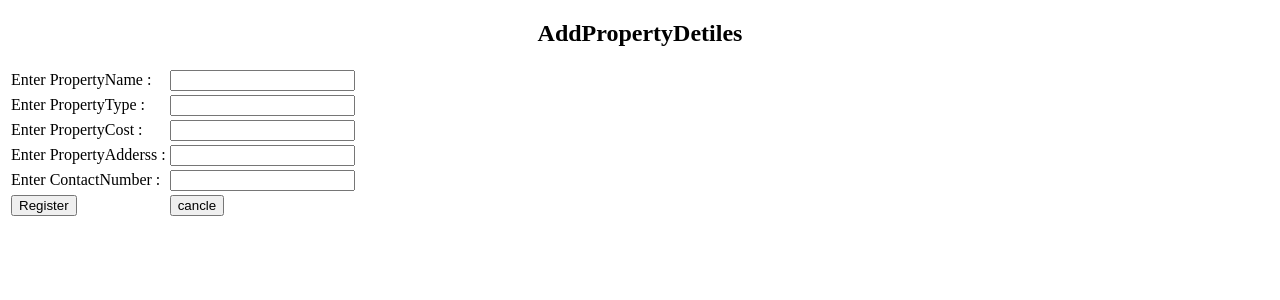
Repository: khadri2021/A2023_Task_Property_Management
Page: http://localhost/AdderssMakersWeb/Add.jsp
An editor plug-in stored every save of this project. The page is shown before and after the next save, followed by the edit.
The browser window is 1280 px wide. The pictures show the whole page.
The page is served by Tomcat 9.

Above is the page before, as saved 2024-02-10 05:26:41.

After the next save:
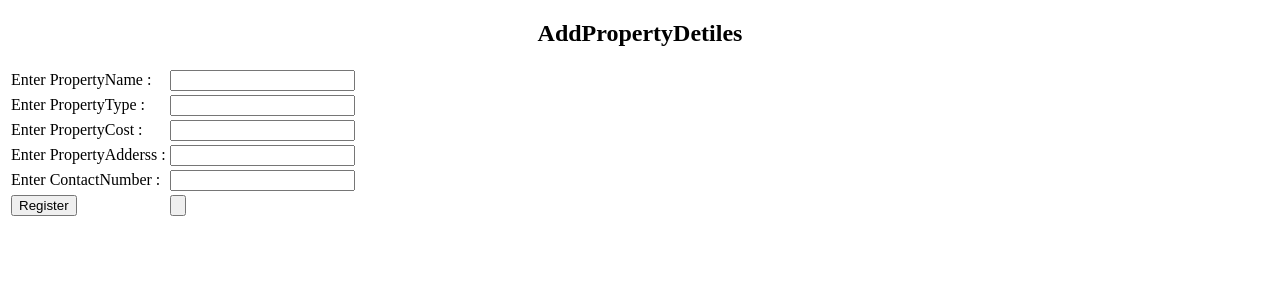
Saved 33 s later.
--- a/AdderssMakersWeb/WebContent/Add.jsp
+++ b/AdderssMakersWeb/WebContent/Add.jsp
@@ -31,7 +31,7 @@
 <td>Enter ContactNumber :</td>
 <td><input type="number" name="con"></td>
 </tr>
-<tr><td> <input type="button" value="Register"></td><td> <input type="button" value="cancle"></td></tr>
+<tr><td> <input type="button" value="Register"></td><td> <input type="button"></td></tr>
 
 
 </table>
